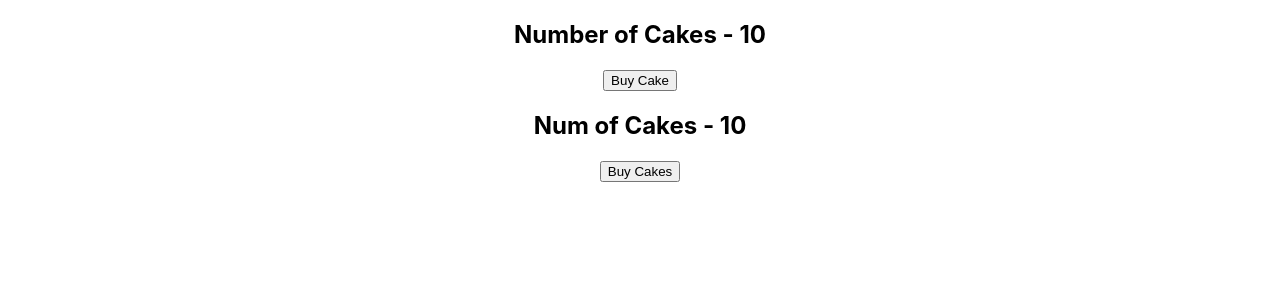
Repository: hardikaureate/react-redux-demo-axios
Page: /
An editor plug-in stored every save of this project. The page is shown before and after the next save, followed by the edit.
The browser window is 1280 px wide. The pictures show the whole page.
The project was rebuilt for these pictures with package versions that can differ from the ones it lists, and the page was loaded fresh each time.

Above is the page before, as saved 2020-10-31 18:33:59.

After the next save:
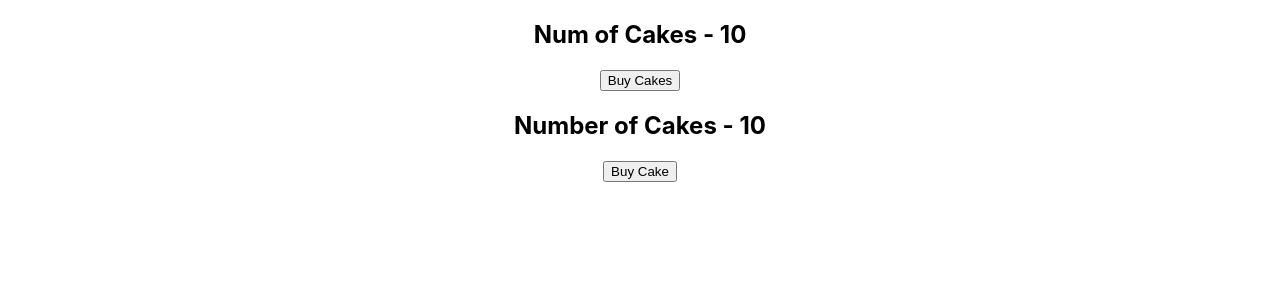
Saved 18 s later.
--- a/src/App.js
+++ b/src/App.js
@@ -9,8 +9,8 @@ function App() {
   return (
     <Provider store={store}>
     <div className="App">
+      <HooksCakeContainer />
       <CakeContainer />
-      <HooksCakeContainer />
     </div>
     </Provider>
   );
